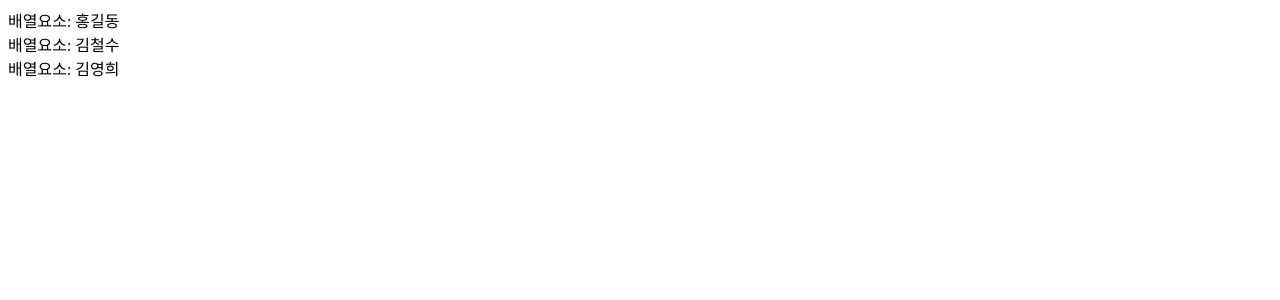
Repository: jemin7709/InternetProgramming2
Page: http://localhost/Pj/hidden.jsp
The author's editor kept a copy of each file at every save. The page is drawn from the files as they stood at one save, then again after the next save.
The browser window is 1280 px wide. The pictures show the whole page.
The page is served by Tomcat 9.

Above is the page before, as saved 2021-05-06 05:01:01.

### Pj/WebContent/hidden.jsp
<%@page import="java.util.Date"%>
<%@ page language="java" contentType="text/html; charset=UTF-8"
    pageEncoding="UTF-8"%>
<%String[] array = {"홍길동", "김철수", "김영희"}; %>

<!DOCTYPE html PUBLIC "-//W3C//DTD HTML 4.01 Transitional//EN" "http://www.w3.org/TR/html4/loose.dtd">
<html>
<head>
<meta http-equiv="Content-Type" content="text/html; charset=UTF-8">
<title>Insert title here</title>
</head>
<body>
<%
for(int i=0;i<array.length;i++){
	out.println("배열요소: " + array[i]+"<br>");
}
%>
</body>
</html>

After the next save:
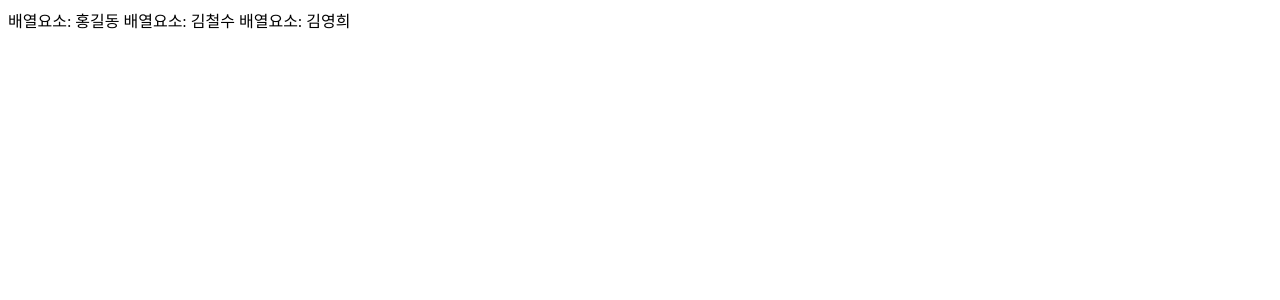
Saved 16 s later.
--- a/Pj/WebContent/hidden.jsp
+++ b/Pj/WebContent/hidden.jsp
@@ -12,7 +12,7 @@
 <body>
 <%
 for(int i=0;i<array.length;i++){
-	out.println("배열요소: " + array[i]+"<br>");
+	out.println("배열요소: " + array[i]);
 }
 %>
 </body>

After the save that followed:
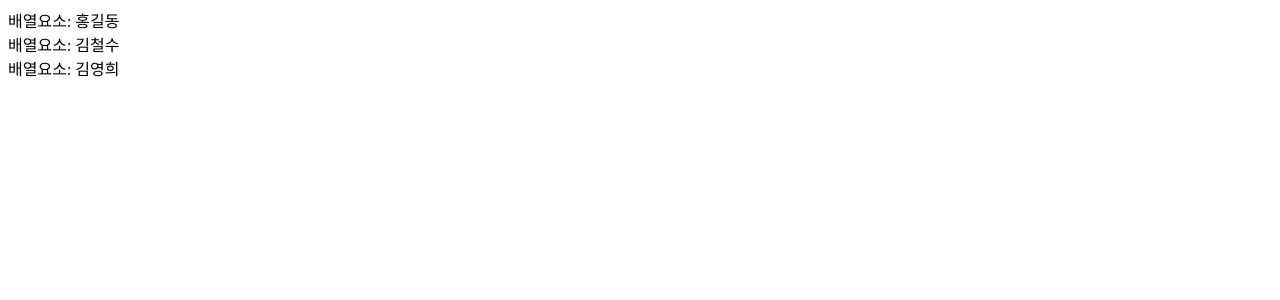
Saved 67 s later.
--- a/Pj/WebContent/hidden.jsp
+++ b/Pj/WebContent/hidden.jsp
@@ -12,7 +12,7 @@
 <body>
 <%
 for(int i=0;i<array.length;i++){
-	out.println("배열요소: " + array[i]);
+	out.println("배열요소: " + array[i]+"<br>");
 }
 %>
 </body>
